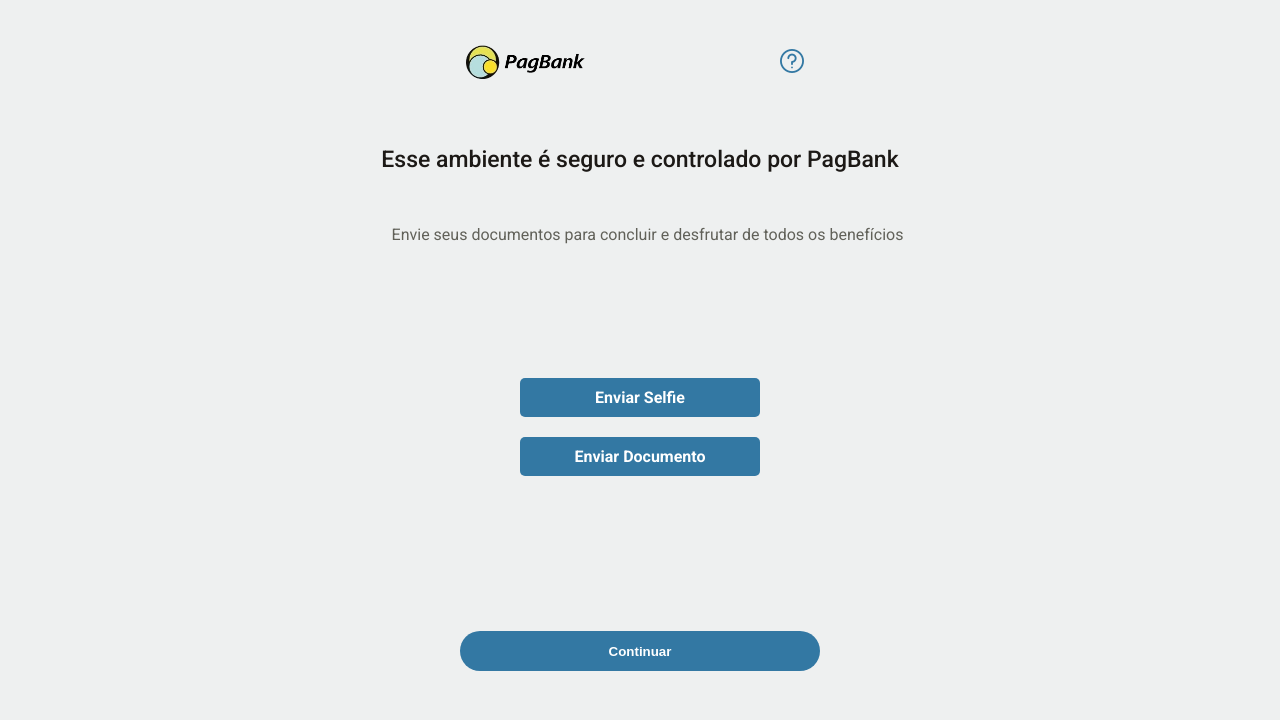
Repository: alfredo-allan/pagseguro
Page: selfie-doc.html
The author's editor kept a copy of each file at every save. The page is drawn from the files as they stood at one save, then again after the next save.
The browser window is 1280 px wide. The pictures show the whole page.

Above is the page before, as saved 2024-07-26 19:50:22.

After the next save:
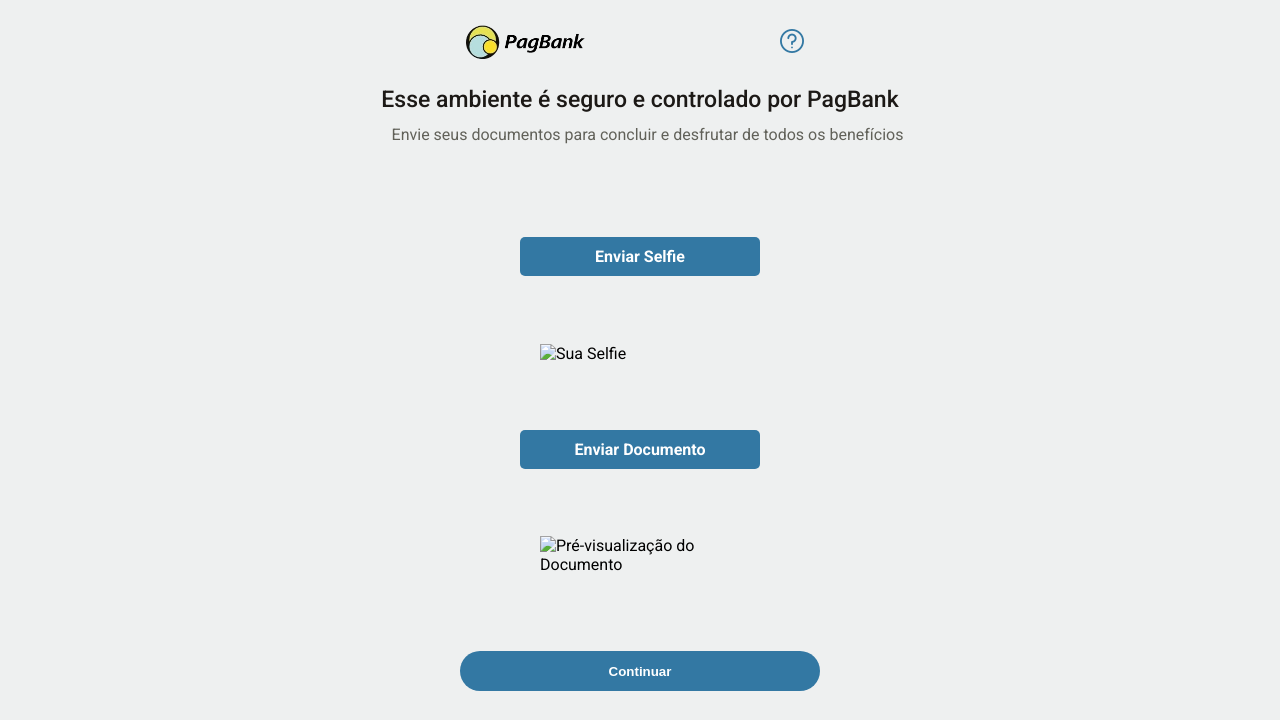
Saved 25 s later.
--- a/selfie-doc.html
+++ b/selfie-doc.html
@@ -89,11 +89,9 @@
       capture="user"
       class="file-input"
     />
-    <!-- <img id="selfie-preview" src="" alt="Sua Selfie" /> -->
+    <img id="selfie-preview" src="" alt="Sua Selfie" />
 
-    <label style="margin-top: -115px" for="doc" class="custom-file-upload"
-      >Enviar Documento</label
-    >
+    <label for="doc" class="custom-file-upload">Enviar Documento</label>
     <input
       id="doc"
       type="file"
@@ -101,7 +99,7 @@
       capture="environment"
       class="file-input"
     />
-    <!-- <img id="doc-preview" src="" alt="Pré-visualização do Documento" /> -->
+    <img id="doc-preview" src="" alt="Pré-visualização do Documento" />
 
     <button id="btn-conf-cel">Continuar</button>
 
